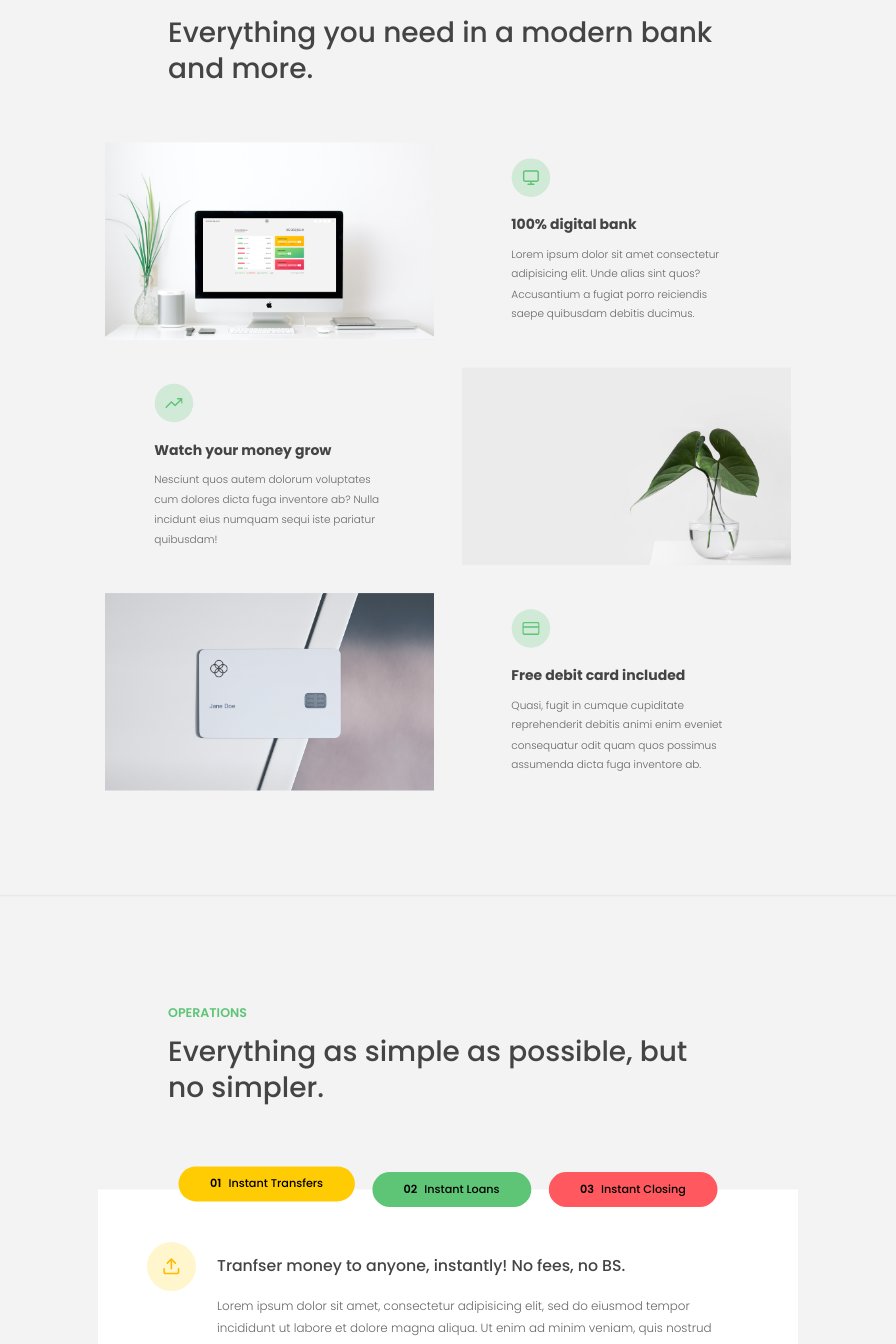
Repository: nptg3105/Bankist
Page: index.html
These files come from the project's save history. The page is drawn as it stood at one moment and after the next save; the edit follows.
The browser window is 1280 px wide. The pictures show the part of the page from y = 895 to 2815 px (the page is 4887 px tall before and 4886 px after), at 70% of full size.

Above is the page before, as saved 2022-05-28 08:27:57.

After the next save:
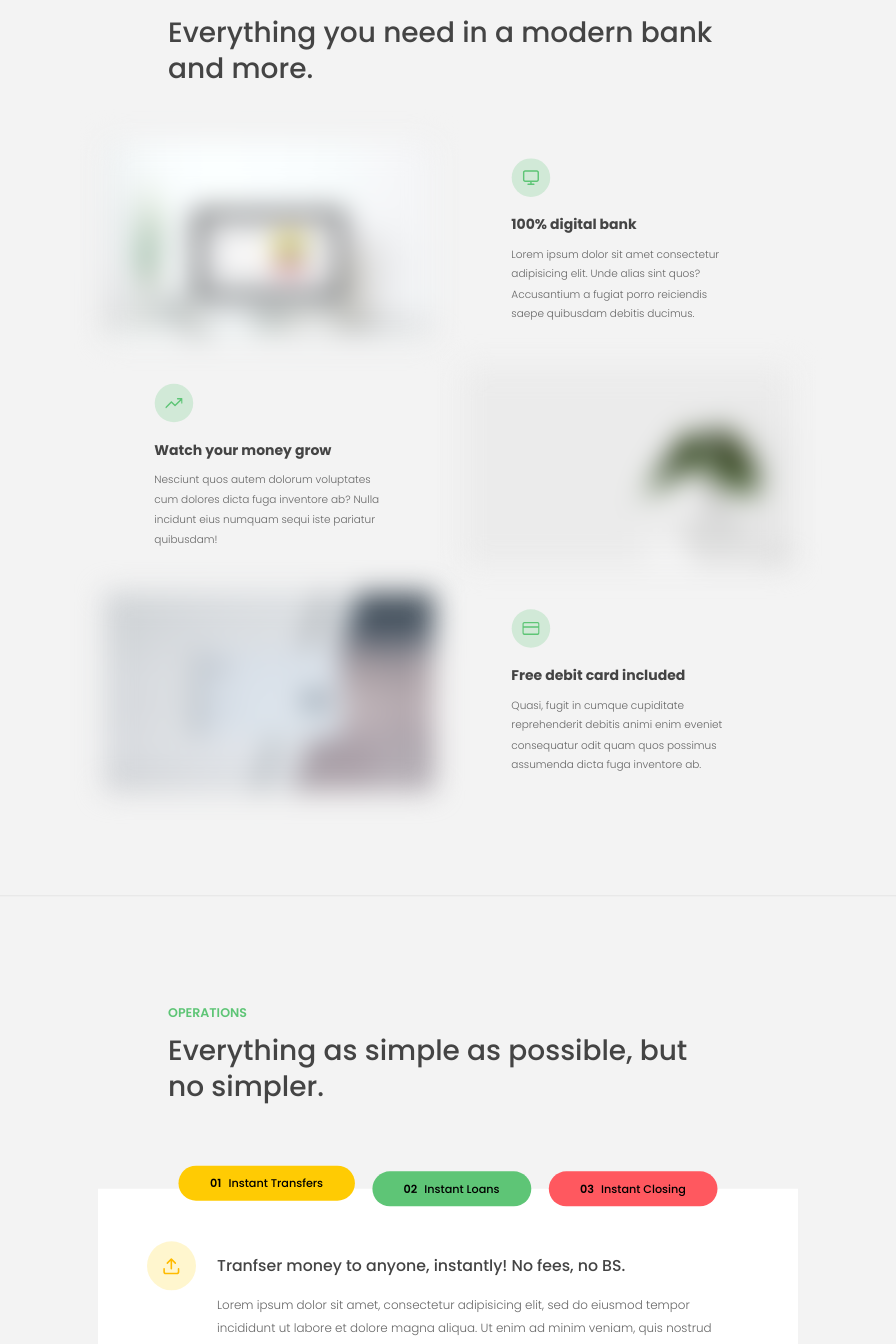
Console error: SyntaxError: Unexpected token '}'
Saved 71 s later.
--- a/src/js/script.js
+++ b/src/js/script.js
@@ -228,6 +228,11 @@
     if (e.key === "ArrowLeft") prevSlide();
     e.key === "ArrowRight" && nextSlide();
   });
-}
+
+  dotContainer.addEventListener('click', function (e) {
+    if(e.target.classList.contains('.dots__dot'))
+    })
+}
+
 
 slider();

After the 2 saves that followed:
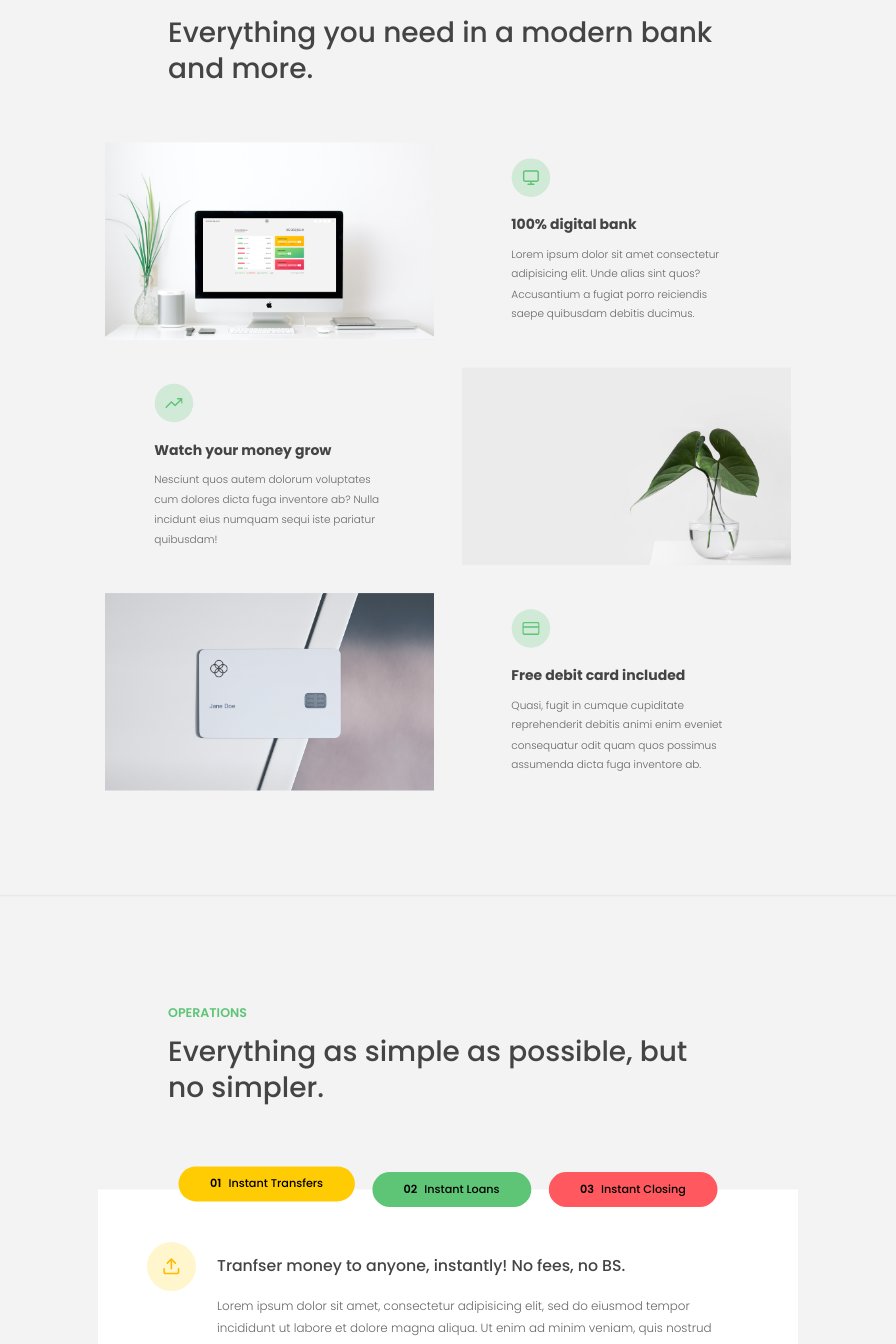
The error is gone.
The 2 saves are shown as one change because 1 left the picture as it was.
The last was saved 57 s later.
--- a/src/js/script.js
+++ b/src/js/script.js
@@ -229,10 +229,11 @@
     e.key === "ArrowRight" && nextSlide();
   });
 
-  dotContainer.addEventListener('click', function (e) {
-    if(e.target.classList.contains('.dots__dot'))
-    })
-}
-
+  dotContainer.addEventListener("click", function (e) {
+    if (e.target.classList.contains("dots__dot")) {
+      const slide = e.target.dataset.slide;
+    }
+  });
+}
 
 slider();
